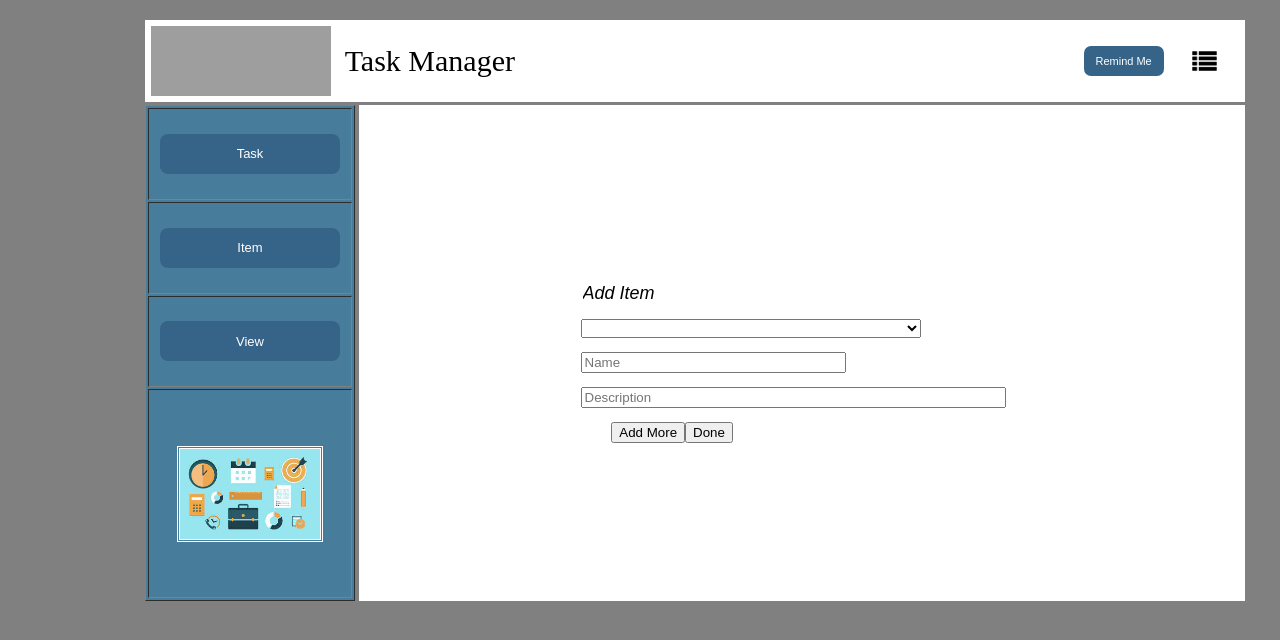
Repository: SnehaSalvi/TaskManagerProject
Page: http://localhost/TaskManagerChecklist/AddItem.jsp
An editor plug-in stored every save of this project. The page is shown before and after the next save, followed by the edit.
The browser window is 1280 px wide. The pictures show the whole page.
Pictures or frames that could not be fetched are drawn as grey boxes. The page is served by Tomcat 9. Other server files are loaded and not shown.

Above is the page before, as saved 2016-10-14 09:59:52.

### TaskManagerChecklist/WebContent/AddItem.jsp
<%@ page language="java" contentType="text/html; charset=ISO-8859-1"
    pageEncoding="ISO-8859-1"%>
<!DOCTYPE html PUBLIC "-//W3C//DTD HTML 4.01 Transitional//EN" "http://www.w3.org/TR/html4/loose.dtd">
<html>
<head>
<meta http-equiv="Content-Type" content="text/html; charset=ISO-8859-1">
<title>Insert title here</title>
<link href="home.css" type="text/css" rel="stylesheet"/>
</head>
<body>
<form>
	<table id="table1">
		<tr>
			<td id="td1">
				<img id="banner" src="images/banner.jpg"/>
			</td>
			<td id="td_blank">
			</td>
			<td id="td2">
				Task Manager
			</td>
			<td id="td3" align="center">
				<input type="button" name="remind" id="button1" value="Remind Me"/>
			</td>
			<td id="td4" align="center">
				<img id="list" src="images/list.png"/>
			</td>
		</tr>
	</table>
	<table></table>
	<table>
		<tr>
			<td>
				<table id="table2" border="1">
					<tr>
						<td id="#td5" align="center">
							<input type="button" name="task" id="button2" value="Task" onclick="location.href='AddTask.jsp';"/>
						</td>
					</tr>
					<tr>
						<td align="center">
							<input type="button" name="item" id="button2" value="Item"/>
						</td>
					</tr>
					<tr>
						<td align="center">
							<input type="button" name="view" id="button2" value="View"/>
						</td>
					</tr>
					<tr>
						<td rowspan="7" align="center">
							<img id="img1" src="images/menu.jpg"/>
						</td>
					</tr>
				</table>
			</td>
			<td>
				<table id="table3">
					<tr>
						<td id="#td6">&nbsp;&nbsp;&nbsp;&nbsp;
							<table align="center" cellspacing="6" cellpadding="4">
								<tr>
									<td colspan="2">
										<input type="label" id="font1" name="label" value="Add Item" required="required"/>
									</td>
									<td>&nbsp;</td>
								</tr>
								<tr>
									<td colspan="2">
										<select id="select1" name="taskname" placeholder="select the task" value="task" required="required">
										</select>
									</td>
									<td>&nbsp;</td>
								</tr>
								<tr>
									<td colspan="2">
										<input type="text" name="itemname" size="30" placeholder="Name" required="required"/>
									</td>
								</tr>

								<tr>
									<td colspan="2">
										<input type="text" name="description" placeholder="Description" size="50" required="required"/>
									</td>

								</tr>
								<tr>
									<td>

									</td>
									<td>
										<input type="submit" name="addmore" value="Add More"/><input type="submit" name="done" value="Done"/>
									</td>
								</tr>
							</table>
						</td>
					</tr>
				</table>
			</td>
		</tr>
	</table>
</form>
</body>
</html>

### TaskManagerChecklist/WebContent/home.css
body
{
	background-position: center;
	background-color:gray;
	margin-left: 140px;
	margin-top: 20px;
	margin-right: 120px;
	margin-bottom: 20px;
	background-repeat: no-repeat;
}
#table1
{
	margin-left:5px;
	background-color:white;
	background-position: center;
	height: 76px;
	width:1100px;

}
#table2
{
	margin-left:2px;
	background-color:#477d9a;
	background-position: center;
	height: 496px;
	width:210px;


}
#table3
{
	background-color:white;
	background-position: center;
	height: 496px;
	width:886px;

}
#table4
{

	background-position: center;
	height: 497px;
	width:1100px;
}
#table5
{
	width:200px;
}
img
{
	border-style:double;
	border-color: white;
}
tr
{

}
#div1
{
	width: 600px;
	height: 400px;
}
#td1
{
	width:185px;
	height:75px;
	background-color:
}
#td2
{
	width:735px;
	height:75px;
	font-family: serif;
	font-size: 30px;
	font-style: inherit;

}
#td3
{
	width:80px;
	height:75px;
}
#td4
{
	width:30x;
	height:75px;
}
#td_blank
{
	width:100x;
	height:75px;
}

#td6
{
	width:1050x;
	height:495px;


}
#banner
{

	width: 180px;
	height: 70px;
}
#list
{

	width: 25px;
	height: 20px;
}
#select1
{
	width:340px;
}
#img1
{

	width: 140px;
	height: 90px;
}
#button1
{
    height: 30px;
    width: 80px;
    border-radius: 7px;
    border: 1px solid #000;
    font-family: sans-serif;
    background-color:#366489;
    color:white;
    font-size: 11px;
    border: 0;
}
#button2
{
    height: 40px;
    width: 180px;
    border-radius: 8px;
    border: 1px solid #000;
    font-family:sans-serif;
    font-size: 13px;
   background-color:#366489;
   color:white;
    border: 0;
}
#label1
{
	color:red;
	font-size: 10px;
	border: none;
}
#font1
{

	font-style:italic;

	font-size: 18px;
	border: none;


}
#label2
{
	border: none;

}
#div3
{
	width: 510px;
	height: 350px;
}

After the next save:
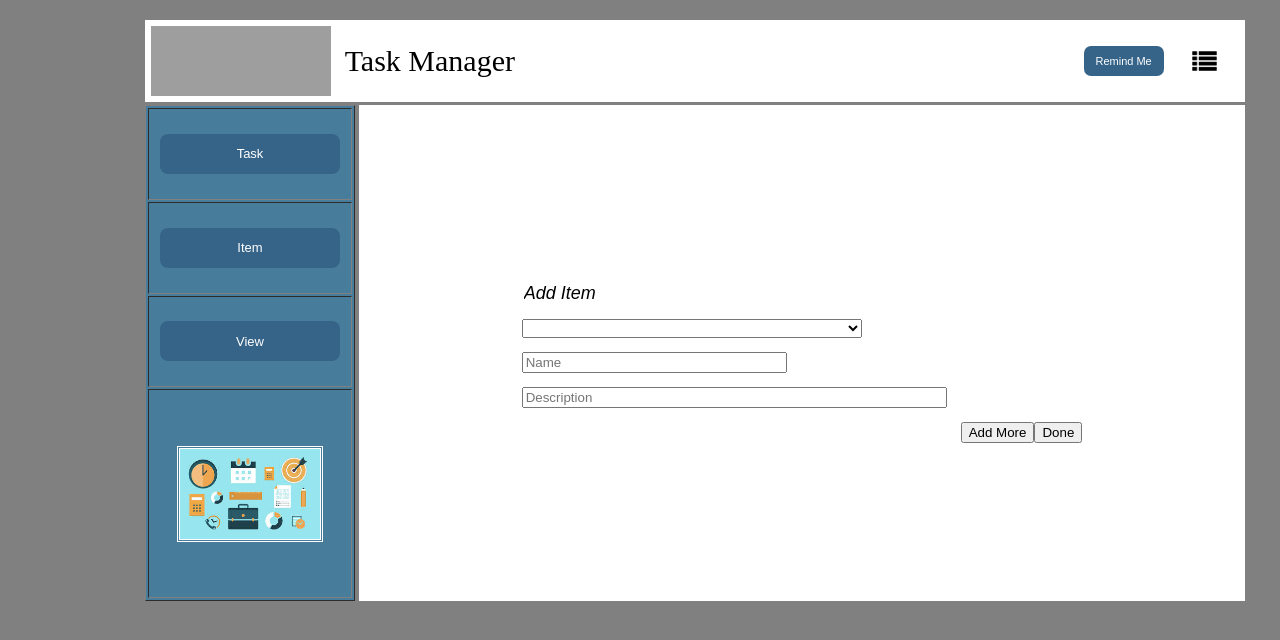
Saved 48 s later.
--- a/TaskManagerChecklist/WebContent/AddItem.jsp
+++ b/TaskManagerChecklist/WebContent/AddItem.jsp
@@ -76,16 +76,17 @@
 									<td colspan="2">
 										<input type="text" name="itemname" size="30" placeholder="Name" required="required"/>
 									</td>
+									<td>&nbsp;</td>
 								</tr>
 
 								<tr>
 									<td colspan="2">
 										<input type="text" name="description" placeholder="Description" size="50" required="required"/>
 									</td>
-
+									<td>&nbsp;</td>
 								</tr>
 								<tr>
-									<td>
+									<td colspan="2">
 
 									</td>
 									<td>
